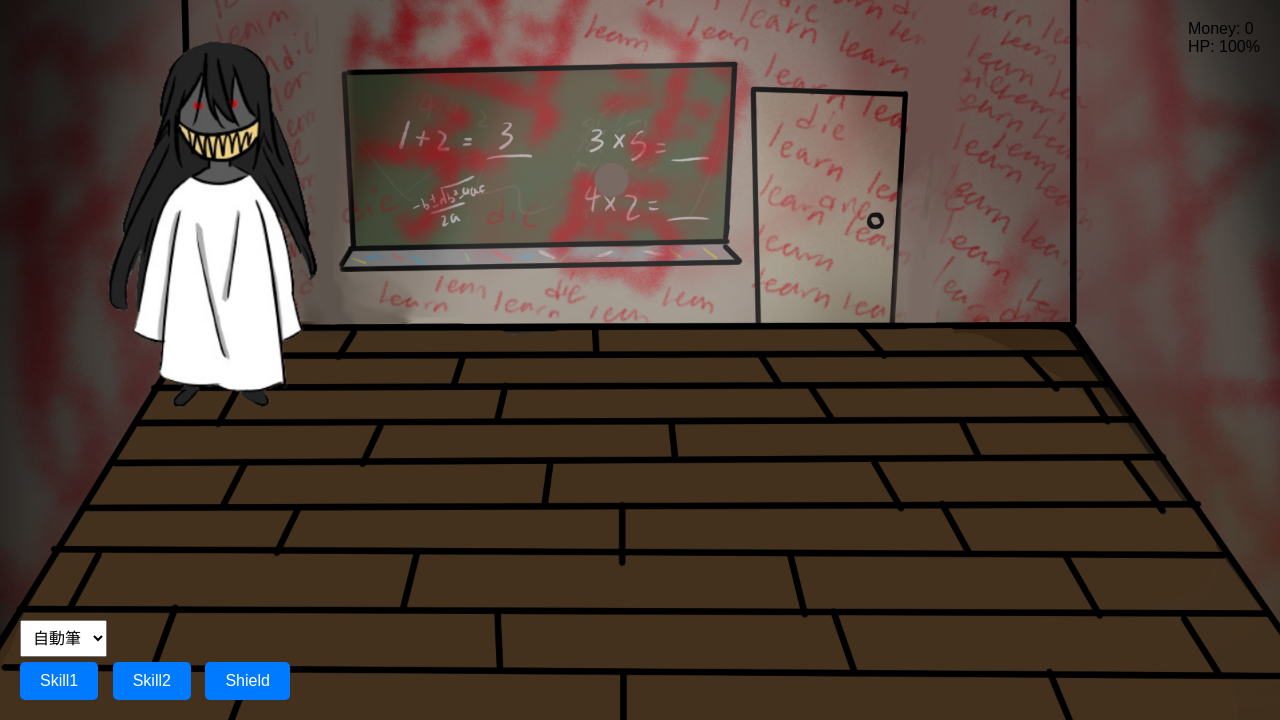
Repository: sean12-2007/Jailbreaker
Page: public/src/pages/fight.html
The author's editor kept a copy of each file at every save. The page is drawn from the files as they stood at one save, then again after the next save.
The browser window is 1280 px wide. The pictures show the whole page.

Above is the page before, as saved 2024-08-09 20:54:04.
Console error: ReferenceError: updateContainerSize is not defined

### public/src/pages/fight.html
<!DOCTYPE html>
<html lang="en">
<head>
    <meta charset="UTF-8">
    <meta name="viewport" content="width=device-width, initial-scale=1.0">
    <title>Fight</title>
    <link rel="stylesheet" type="text/css" href="fight.css">
    <script src="https://code.jquery.com/jquery-3.6.0.min.js"></script>
</head>
<body>
    <div class="container">
        <div class="top-right">
            <div id="money">Money: 0</div>
            <div id="hp">HP: 100%</div>
        </div>
        <div class="bottom-left">
            <select id="weapon-dropdown" onchange="handleWeaponChange()">
                <option value="自動筆">自動筆</option>
                <option value="美工刀">美工刀</option>
                <option value="剪刀">剪刀</option>
                <option value="魔導書">魔導書</option>
            </select>
            <button class="button" id="skill1Button">Skill1</button>
            <button class="button" id="skill2Button">Skill2</button>
            <button class="button" id="shieldButton">Shield</button>
        </div>
        <div class="character teacher"></div>
        <div class="character student" id="student"></div>
        <div class="character student" id="student"></div>
        <div class="summon character"></div>
        <img src="/images/protect.png" class="shield-status" id="shieldStatus1">
        <img src="/images/protect 2.png" class="shield-status" id="shieldStatus2">
        <div class="projection" id="projection"></div>
        <div class="knife"></div>
        <div class="light-wave"></div>
    </div>

    <script src="fight.js"></script>
    <script>
    document.addEventListener('DOMContentLoaded', function() {
        var urlParams = new URLSearchParams(window.location.search);
        var character = urlParams.get('character');
        if (character === 'character_girl') {
            document.getElementById('student').style.backgroundImage = "url('/images/gwalk1.png')";
        } else if (character === 'character_boy') {
            document.getElementById('student').style.backgroundImage = "url('/images/walk 1.png')";
        }
    });
</script>
    </script>
</body>
</html>

### public/src/pages/fight.css

body {
  font-family: Arial, sans-serif;
  margin: 0;
  display: flex;
  justify-content: space-between;
  align-items: flex-start;
  height: 100vh;
  position: relative;
  background-image: url('/images/classroom.png'); /* Adjusted path */
  background-size: cover;
  background-repeat: no-repeat;
}
.character-container {
  position: fixed;
  top: 0;
  left: 0;
  right: 0;
  bottom: 0;
  overflow: hidden;
  padding: 20px;
}
.container {
  display: block;
  flex-direction: column;
  align-items: flex-start;
  width: 100%;
  height: 100%;
  box-sizing: border-box;
  padding: 0;
  margin: 0;
  position: static;
}
.top-right {
  position: absolute;
  top: 20px;
  right: 20px;
}

.bottom-left {
  position: absolute;
  bottom: 20px;
  left: 20px;
}

.button {
  margin-right: 10px;
  padding: 10px 20px;
  font-size: 16px;
  cursor: pointer;
  background-color: #007bff;
  color: #fff;
  border: none;
  border-radius: 5px;
}

select {
  padding: 8px;
  font-size: 16px;
  position: absolute;
  bottom: calc(100% + 5px);
  left: 0;
}

.character {
  position: absolute;
  width: 400px;
  height: 400px;
  background-size: contain; /* Changed from cover to contain */
  display: block;
}
.teacher {
  top: 20px;
  left: 20px;
  background-image: url('/images/character_teacher.png');
}

.summon {
  position: absolute;
  width: 400px;
  height: 400px;
  background-size: cover;
  top: 20px;
  left: 20px;
}

.student {
  position: absolute;
  bottom: 20px;
  right: 20px;
  background-image: url('');
}

.student-girl {
  background-image: url('/images/gwalk1.png');
}

.shield-status {
  position: absolute;
  display: none;
  width: 400px;
  height: 400px;
}
.projection {
  position: absolute;
  width: 500px;
  height: 500px;
  display: none; /* Initially hide the projection */
  background-image: url('/images/pp.png');
  background-size: cover;
}
.knife {
  position: absolute;
  width: 200px;
  height: 200px;
  display: none;
  background-image: url('/images/knife.png');
  background-size: cover;
}

.light-wave {
  position: absolute;
  width: 200px;
  height: 200px;
  display: none;
  background-image: url('/images/light.png');
  background-size: cover;
  background-position: center;
  background-repeat: no-repeat;
}

Loaded but not shown: public/src/pages/fight.js (836 lines, source omitted)

After the next save:
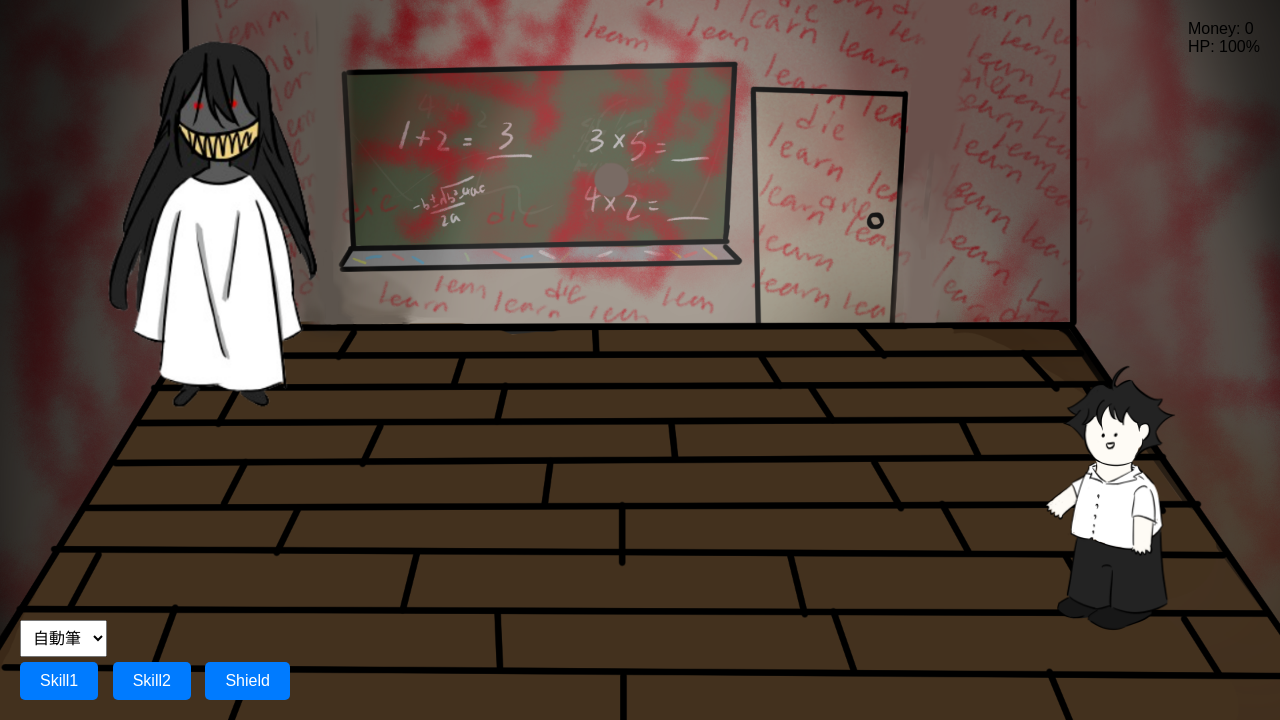
Saved 104 s later.
--- a/public/src/pages/fight.html
+++ b/public/src/pages/fight.html
@@ -25,7 +25,9 @@
             <button class="button" id="shieldButton">Shield</button>
         </div>
         <div class="character teacher"></div>
-        <div class="character student" id="student"></div>
+        <div class="character-container">
+
+        </div>
         <div class="character student" id="student"></div>
         <div class="summon character"></div>
         <img src="/images/protect.png" class="shield-status" id="shieldStatus1">
@@ -35,18 +37,18 @@
         <div class="light-wave"></div>
     </div>
 
+
+<script>
+  document.addEventListener('DOMContentLoaded', function() {
+    var urlParams = new URLSearchParams(window.location.search);
+    var character = urlParams.get('character');
+    if (character === 'character_girl') {
+      document.getElementById('student').style.backgroundImage = "url('/images/gwalk1.png')";
+    } else if (character === 'character_boy') {
+      document.getElementById('student').style.backgroundImage = "url('/images/walk 1.png')";
+    }
+  });
+</script>
     <script src="fight.js"></script>
-    <script>
-    document.addEventListener('DOMContentLoaded', function() {
-        var urlParams = new URLSearchParams(window.location.search);
-        var character = urlParams.get('character');
-        if (character === 'character_girl') {
-            document.getElementById('student').style.backgroundImage = "url('/images/gwalk1.png')";
-        } else if (character === 'character_boy') {
-            document.getElementById('student').style.backgroundImage = "url('/images/walk 1.png')";
-        }
-    });
-</script>
-    </script>
 </body>
 </html>
--- a/public/src/pages/fight.css
+++ b/public/src/pages/fight.css
@@ -88,7 +88,7 @@ select {
   position: absolute;
   bottom: 20px;
   right: 20px;
-  background-image: url('');
+  background-image: url('/images/walk 1.png');
 }
 
 .student-girl {
